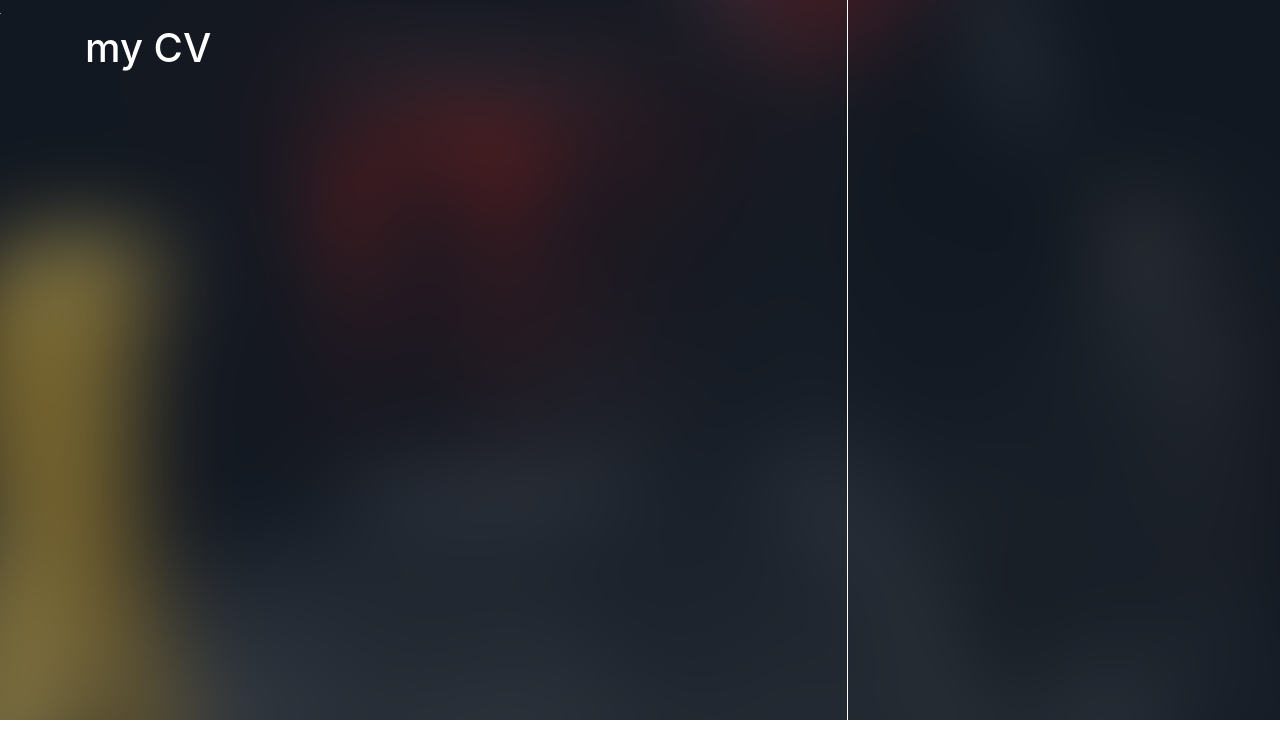
Repository: Yondo202/svProject
Page: /
These files come from the project's save history. The page is drawn as it stood at one moment and after the next save; the edit follows.
The browser window is 1280 px wide. The pictures show the whole page.
The project was rebuilt for these pictures with package versions that can differ from the ones it lists, and the page was loaded fresh each time. The framework's server and built-in components were replaced by stand-ins that run in the browser. Also part of the build but not shown: next.config.js, style/style.scss.

Above is the page before, as saved 2020-11-18 21:16:57.

### pages/_app.js
import React from "react";
import App from "next/app";
import '../style/style.scss'
import { AnimatePresence } from "framer-motion";
import { MenuProvider } from "@/miscs/ContextMenuProvider";
import { ThemeProvider } from "styled-components";
import * as theme from "@/miscs/theme";
import checkLanguage from "@/components/miscs/checkLanguage";

const base = "http://localhost:1337";

class MyApp extends App {
    state = {
        menu: [],
        completelyLoaded: false,
    };
    // async componentDidMount() {
    //     let res = await checkLanguage(queryString, null);
    //     this.setState({ completelyLoaded: true, menu: res.data.menu.Main});
    // }

    render() {
        const { Component, pageProps, router } = this.props;

        return (
            <ThemeProvider theme={theme}>
                <MenuProvider value={this.state}>
                    <AnimatePresence exitBeforeEnter>
                        <Component {...pageProps} key={router.route} />
                    </AnimatePresence>
                </MenuProvider>
            </ThemeProvider>
        );
    }
}

export default MyApp;

const queryString = ``

// const queryString = `
// {
// menu {
//     Main {
//     Title Slug Page {
//         Slug
//         }
//         }
//     }
// }`;

### pages/_document.js
import css from '../style/style.scss'
import Document, { Html, Head, Main, NextScript } from 'next/document'
import Pixel from "@/components/miscs/Pixel";

class MyDocument extends Document {
    render(){
        return(
            <Html lang="mn">
                <Head>
                    <link rel="stylesheet" href="https://stackpath.bootstrapcdn.com/bootstrap/4.3.1/css/bootstrap.min.css" integrity="sha384-ggOyR0iXCbMQv3Xipma34MD+dH/1fQ784/j6cY/iJTQUOhcWr7x9JvoRxT2MZw1T" crossOrigin="anonymous"/>
                    <link rel="shortcut icon" href="/img/ico.png" />
                    <link href="https://fonts.googleapis.com/css2?family=Roboto:wght@300;400;700&display=swap" rel="stylesheet"/>
                    <link href="https://fonts.googleapis.com/css2?family=Poppins:wght@300;400;500&display=swap" rel="stylesheet"></link>
                    <Pixel/>
                </Head>
                <body>
                    <Main/>
                    <NextScript/>
                </body>
            </Html>
        )
    }
}

export default MyDocument

### pages/index.js
import React from "react";
import { motion } from "framer-motion";
import Background from '../components/Top'
import Forms from '../components/Forms'

function index() {
    return (
        <div>
            <Background />
            <Forms />
        </div>
    )
}

export default index




























// import Root from "@/core/Root";
// import ResolveComponent from "@/components/dynamic/ResolveComponent"
// import checkLanguage from "@/components/miscs/checkLanguage";
// import { MenuContext } from '@/miscs/ContextMenuProvider'
// import { useContext } from "react";

// const Index = ({ data }) => {

//     let { Layout } = data
//     const { completelyLoaded } = useContext(MenuContext);

//     return (
//         <motion.div exit={{ opacity: 0 }} initial={{ opacity: 0 }} animate={{ opacity: 1 }} >
//             <Root noFooter>
//                 {completelyLoaded &&
//                     <ResolveComponent data={Layout} />
//                 }
//             </Root>
//         </motion.div>
//     );

// };
// export default Index;

// export async function getServerSideProps({ params, req }) {
//     let res = await checkLanguage('/home', req, true);
//     return { props: { data: res.data } }
// }

### components/miscs/ContextMenuProvider.js
import React from 'react';

const MenuContext = React.createContext();

const MenuProvider = MenuContext.Provider
const MenuConsumer = MenuContext.Consumer

export {MenuProvider, MenuConsumer, MenuContext}

### components/miscs/theme.js
export const colorOne = "#532532";
export const colorTwo = "#123123";
export const fontSize = "16px";
export const fontFamily1 = "Poppins', sans-serif"

### components/miscs/checkLanguage.js
import fetch from "node-fetch";
import parseCookies from '@/miscs/parseCookies';

const checkLanguage = async (queryString, req, normal) =>{

    const cookies = parseCookies(req);
    const httpObject = { method: 'post', headers: { 'Content-Type': 'application/json'}, body: JSON.stringify({ query: `query ${queryString}`})}

    if(normal){
        return new Promise(async(resolve, reject) => {
            if(cookies['tb-lang'] === "en"){
                const res = await fetch(`http://localhost:1337${queryString}`);
                const pageData = await res.json();
                return resolve({data: pageData});
            }
            else{
                const res = await fetch(`http://localhost:1337${queryString}`);
                const pageData = await res.json();
                return resolve({data: pageData});
            }
        })
    }

    return new Promise(async(resolve, reject)=>{
      if(cookies['tb-lang'] === "en"){
          const res = await fetch('http://localhost:1337/graphql', httpObject)
          const pageData = await res.json()
          return resolve({data: pageData.data});
      }
      else{
          const res = await fetch('http://localhost:1337/graphql', httpObject)
          const pageData = await res.json()
          return resolve({data: pageData.data});
      }
    })

}

export default checkLanguage

### components/miscs/Pixel.js
import React from "react";

export default () => (
    <React.Fragment>
        <script
            dangerouslySetInnerHTML={{
                __html: `!function(f,b,e,v,n,t,s){if(f.fbq)return;n=f.fbq=function(){n.callMethod?n.callMethod.apply(n,arguments):n.queue.push(arguments)};if(!f._fbq)f._fbq=n;n.push=n;n.loaded=!0;n.version='2.0';n.queue=[];t=b.createElement(e);t.async=!0;t.src=v;s=b.getElementsByTagName(e)[0];s.parentNode.insertBefore(t,s)}(window,document,'script','https://connect.facebook.net/en_US/fbevents.js');fbq('init', '626874991348714'); fbq('track', 'PageView');`,
            }}
        />
        <noscript
            dangerouslySetInnerHTML={{
                __html: `<img height="1" width="1" src="https://www.facebook.com/tr?id=626874991348714&ev=PageView&noscript=1"/>`,
            }}
        />
    </React.Fragment>
);

### components/Top.js
// import React from 'react';

// const Test = ({data}) => {
//     return (
//         <div>
//             {data.Title && <h1>{data.Title}hahhaha</h1>}
//         </div>
//     );
// };

// export default Test;

import React from 'react'
import styled from 'styled-components'
function top({data}) {
    return (
        // <Conainer style={{backgroundImage: `url("https://jevelin.shufflehound.com/business/wp-content/uploads/sites/39/2019/11/Rectangle-1-copy-7.jpg?id=10")`}}>
        <Conainer style={{backgroundImage:"url('/img/Blur.png')"}}>
            {/* <img src="/img/Blur.png"/> */}
        </Conainer>
    )
}

export default top


const Conainer = styled.div`
    color:white;
    background-size: cover;
    background-position:center center;
    min-height: 80vh;
    max-height: 100vh;
    height: 100vh;
    width: 100%;
    position: fixed;
    top:0;
    z-index: -2;
`

### components/Forms.js
import React from 'react'
import styled from 'styled-components'
import Modal from 'react-modal';


const customStyles = {
    content : {
      top                   : '50%',
      left                  : '50%',
      right                 : 'auto',
      bottom                : 'auto',
      marginRight           : '-50%',
      transform             : 'translate(-50%, -50%)'
    }
  };

function Forms() {

    var subtitle;
    const [modalIsOpen,setIsOpen] = React.useState(false);
    function openModal() {
      setIsOpen(true);
    }
    function afterOpenModal() {
        // references are now sync'd and can be accessed.
        subtitle.style.color = '#0E3232';
      }

    function closeModal(){
    setIsOpen(false);
    }

    return (
        <Conainer  className="container">

          <div className="Header">
              <h1>my CV</h1>
          </div>

        {/* <div>
            <button onClick={openModal}>Open Modal</button>
                <Modal
                    isOpen={modalIsOpen}
                    onAfterOpen={afterOpenModal}
                    onRequestClose={closeModal}
                    style={customStyles}
                    contentLabel="Example Modal"
                >
                    <h2 ref={_subtitle => (subtitle = _subtitle)}>Hello</h2>
                    <button onClick={closeModal}>close</button>
                    <div>I am a modal</div>
                    <div>I am a modal</div>
                    <div>I am a modal</div>
                    <div>I am a modal</div>
                    <div>I am a modal</div>
                    <div>I am a modal</div>
                    <form>
                    <input />
                    <button>tab navigation</button>
                    <button>stays</button>
                    <button>inside</button>
                    <button>the modal</button>
                    </form>
                </Modal>
        </div> */}
        </Conainer>
    )
}

export default Forms


const Conainer = styled.div`
    color: white;
    height:100vh;
    // margin-top:5vh;
    border-radius:8px;
    z-index:0;
`

### components/miscs/parseCookies.js
import cookie from 'cookie'

export default function parseCookies(req) {
    return cookie.parse(req ? req.headers.cookie || "" : document.cookie);
}

After the next save:
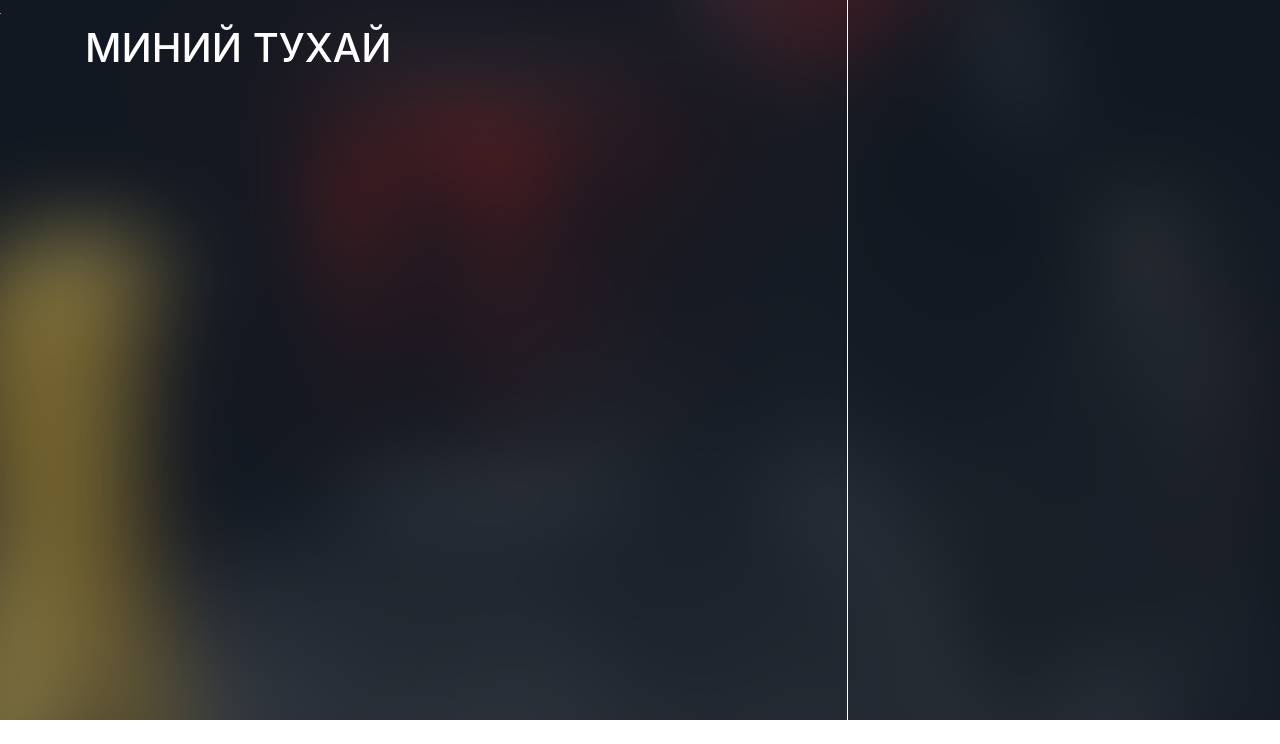
Saved 6 min 21 s later.
--- a/components/Forms.js
+++ b/components/Forms.js
@@ -34,7 +34,7 @@ function Forms() {
         <Conainer  className="container">
 
           <div className="Header">
-              <h1>my CV</h1>
+              <h1>МИНИЙ ТУХАЙ</h1>
           </div>
 
         {/* <div>
